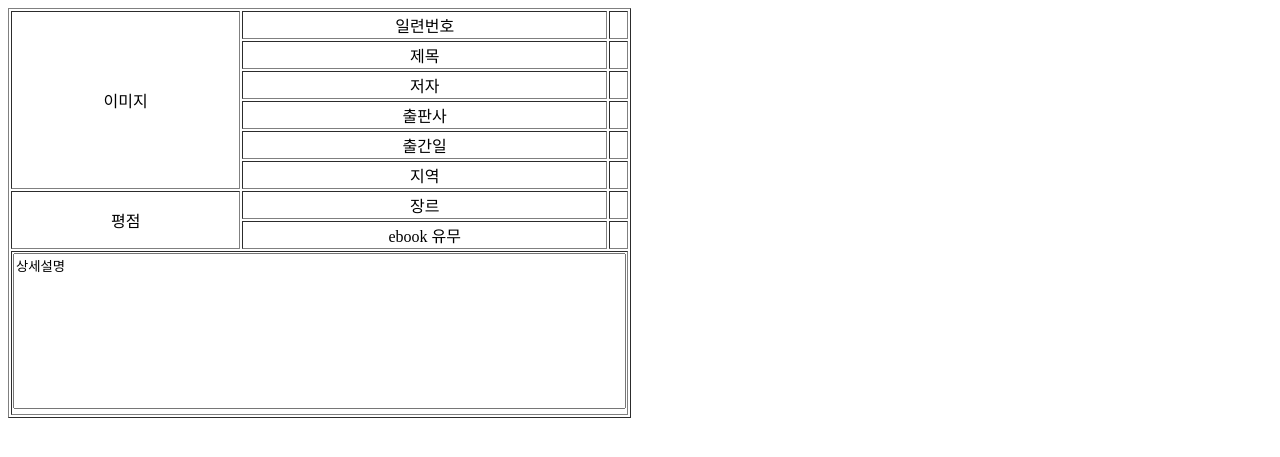
Repository: Served01/Project2_2209
Page: http://localhost/bookReviewProgram/bkSelectPro.jsp
An editor plug-in stored every save of this project. The page is shown before and after the next save, followed by the edit.
The browser window is 1280 px wide. The pictures show the whole page.
The page is served by Tomcat 9. Other server files are loaded and not shown.

Above is the page before, as saved 2022-09-24 04:17:33.

### bookReviewProgram/src/main/webapp/bkSelectPro.jsp
<%@ page language="java" contentType="text/html; charset=UTF-8"
    pageEncoding="UTF-8"%>
<%request.setCharacterEncoding("UTF-8");%>
<!DOCTYPE html>
<html>
<head>
<meta charset="UTF-8">
<title>책 상세 정보 조회 화면</title>
</head>
<body>
<%

%>
<table border="1">
	<tr align = "center">
		<td rowspan="6">이미지</td>
		<td>일련번호</td>
		<td></td>
	</tr>
	<tr align = "center">
		<!-- <td> rowspan=6 -->
		<td>제목</td>
		<td></td>
	</tr>
	<tr align = "center">
		<!-- <td> rowspan=6 -->
		<td>저자</td>
		<td></td>
	</tr>
	<tr align = "center">
		<!-- <td> rowspan=6 -->
		<td>출판사</td>
		<td></td>
	</tr>
	<tr align = "center">
		<!-- <td> rowspan=6 -->
		<td>출간일</td>
		<td></td>
	</tr>
	<tr align = "center">
		<!-- <td> rowspan=6 -->
		<td>지역</td>
		<td></td>
	</tr>
	<tr align="center">
		<td rowspan="2">평점</td>
		<td>장르</td>
		<td></td>
	</tr>
	<tr align="center">
		<!-- <td> rowspan=2 -->
		<td>ebook 유무</td>
		<td></td>
	</tr>
	<!-- 작성일 sysdate 처리 -->
	<tr align="center">
		<td colspan="3">
			<textarea rows="10" cols="74" name="bk_detail" style ="resize:none">상세설명</textarea></td>
	</tr>

</table>
</body>
</html>

After the next save:
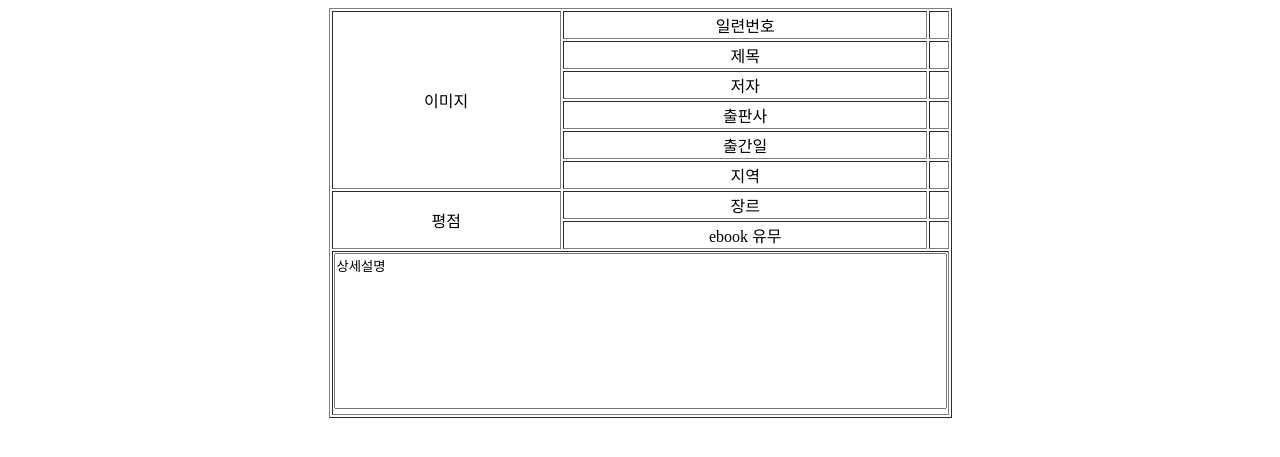
Saved 30 s later.
--- a/bookReviewProgram/src/main/webapp/bkSelectPro.jsp
+++ b/bookReviewProgram/src/main/webapp/bkSelectPro.jsp
@@ -7,6 +7,11 @@
 <meta charset="UTF-8">
 <title>책 상세 정보 조회 화면</title>
 </head>
+<style>
+table{
+margin: auto;
+}
+</style>
 <body>
 <%
 

After the save that followed:
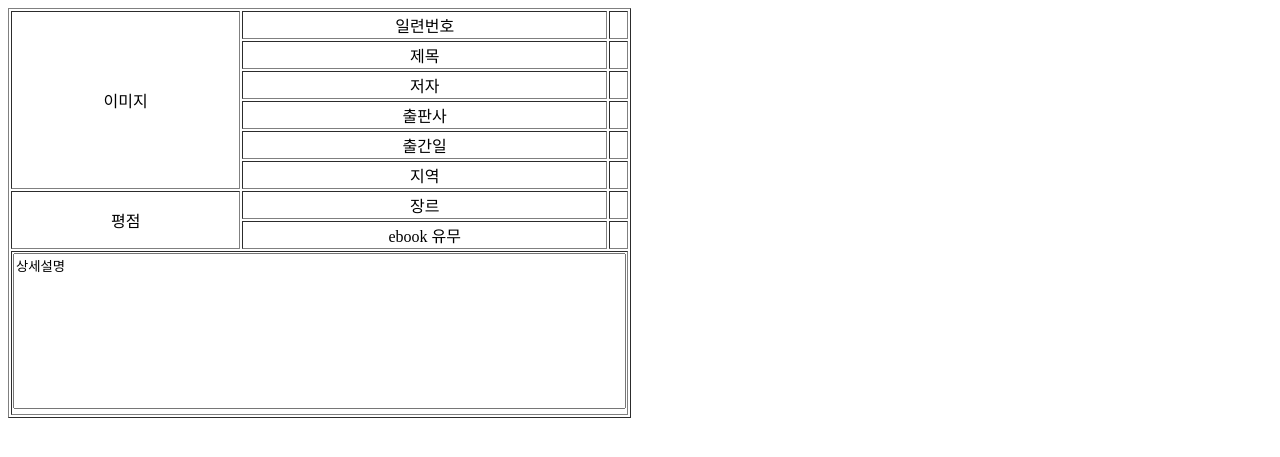
Saved 44 s later.
--- a/bookReviewProgram/src/main/webapp/bkSelectPro.jsp
+++ b/bookReviewProgram/src/main/webapp/bkSelectPro.jsp
@@ -7,11 +7,13 @@
 <meta charset="UTF-8">
 <title>책 상세 정보 조회 화면</title>
 </head>
+
 <style>
 table{
-margin: auto;
+align: center;
 }
 </style>
+
 <body>
 <%
 
